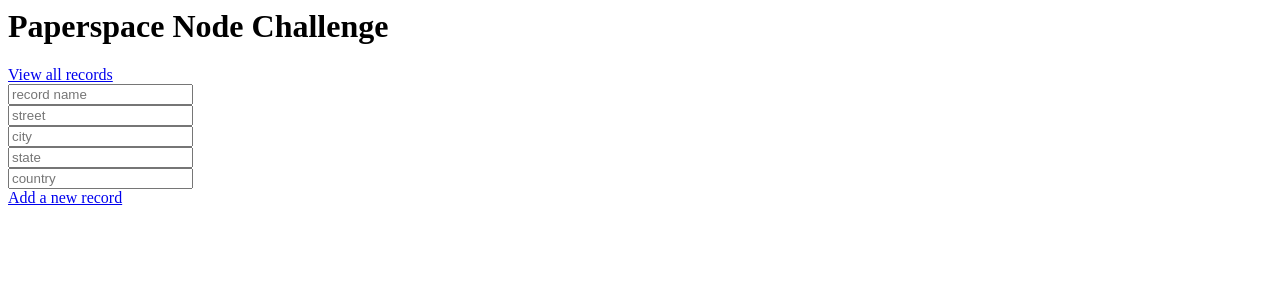
Repository: demesvardestin/paperspace-node
Page: public/index.html
The author's editor kept a record of every edit. The page is drawn from the files as they stood at one moment, then again after the next edit.
The browser window is 1280 px wide. The pictures show the whole page.

Above is the page before.

### public/index.html
<h1>Paperspace Node Challenge</h1>

<a type="button" href="/addresses">
    View all records
</a>

<form action="/addresses" method="post">
    <div class="field">
        <input type="text" class="form-control" name="name" placeholder="record name">
    </div>

    <div class="field">
        <input type="text" class="form-control" name="street" placeholder="street">
    </div>

    <div class="field">
        <input type="text" class="form-control" name="city" placeholder="city">
    </div>

    <div class="field">
        <input type="text" class="form-control" name="state" placeholder="state">
    </div>

    <div class="field">
        <input type="text" class="form-control" name="country" placeholder="country">
    </div>

    <div class="actions">
        <a type="button" href="/addresses">
            Add a new record
        </a>
    </div>
</form>

After the next edit:
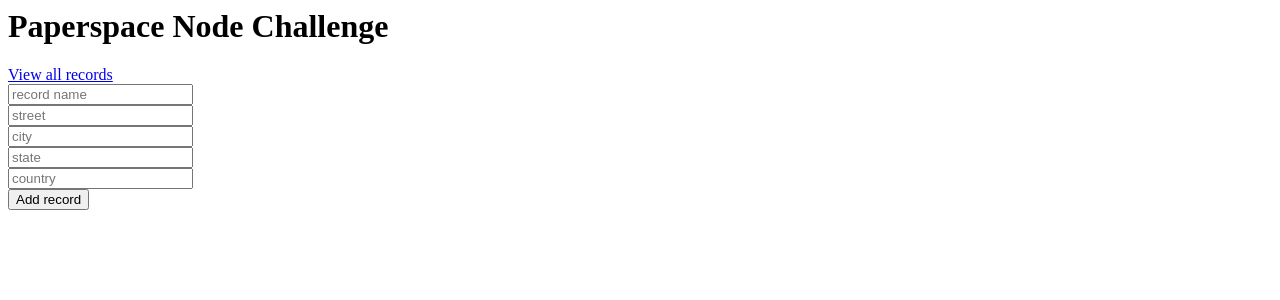
The edit:
--- a/public/index.html
+++ b/public/index.html
@@ -26,8 +26,6 @@
     </div>
 
     <div class="actions">
-        <a type="button" href="/addresses">
-            Add a new record
-        </a>
+        <input type="button" value="Add record">
     </div>
 </form>
